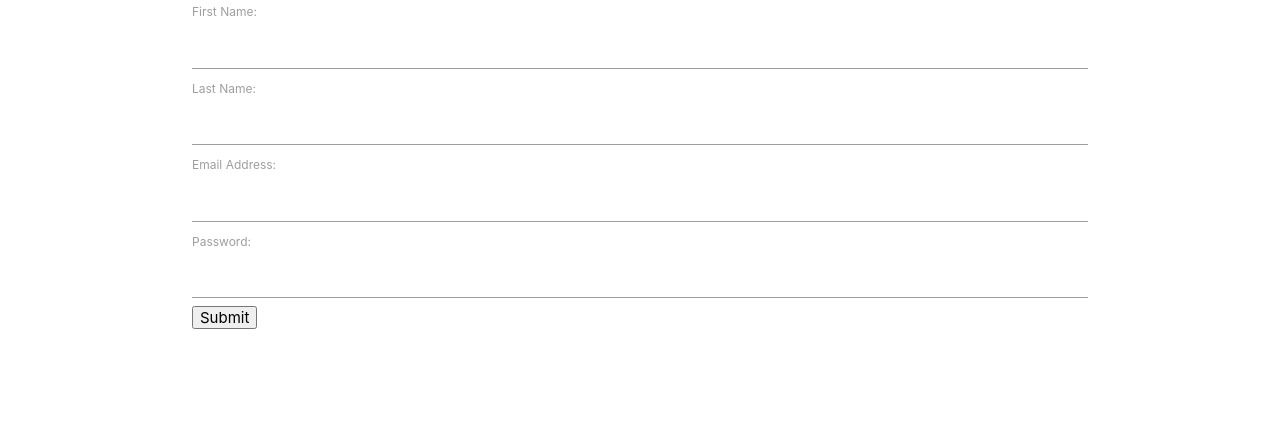
Repository: lamilekan263/contactKeep
Page: index.html
These files come from the project's save history. The page is drawn as it stood at one moment and after the next save; the edit follows.
The browser window is 1280 px wide. The pictures show the whole page.

Above is the page before, as saved 2020-09-12 08:36:39.

After the next save:
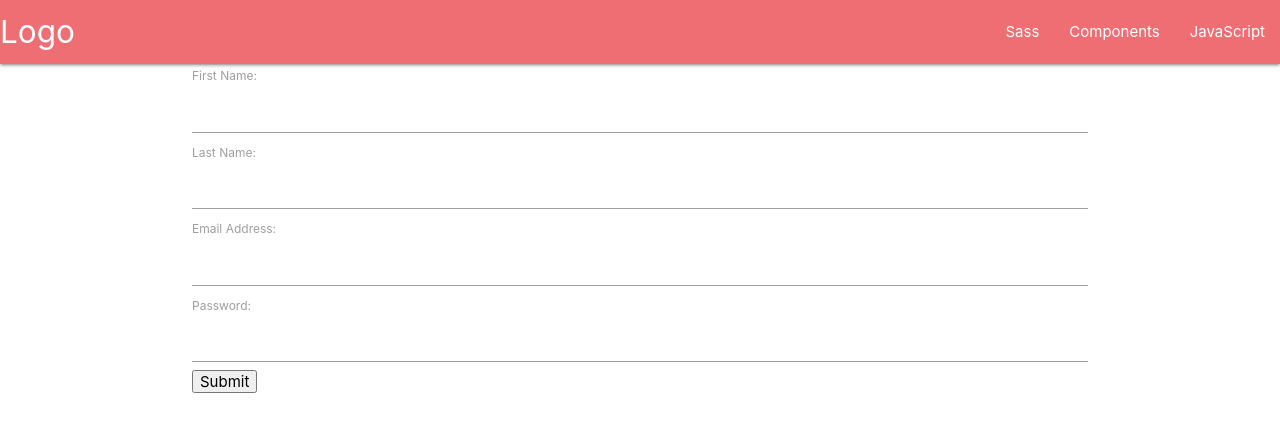
Saved 4 s later.
--- a/index.html
+++ b/index.html
@@ -8,6 +8,16 @@
 </head>
 <body>
 
+    <nav>
+        <div class="nav-wrapper">
+          <a href="#" class="brand-logo">Logo</a>
+          <ul id="nav-mobile" class="right hide-on-med-and-down">
+            <li><a href="sass.html">Sass</a></li>
+            <li><a href="badges.html">Components</a></li>
+            <li><a href="collapsible.html">JavaScript</a></li>
+          </ul>
+        </div>
+      </nav>
 
     <div class="container">
         <form id="form-given">
